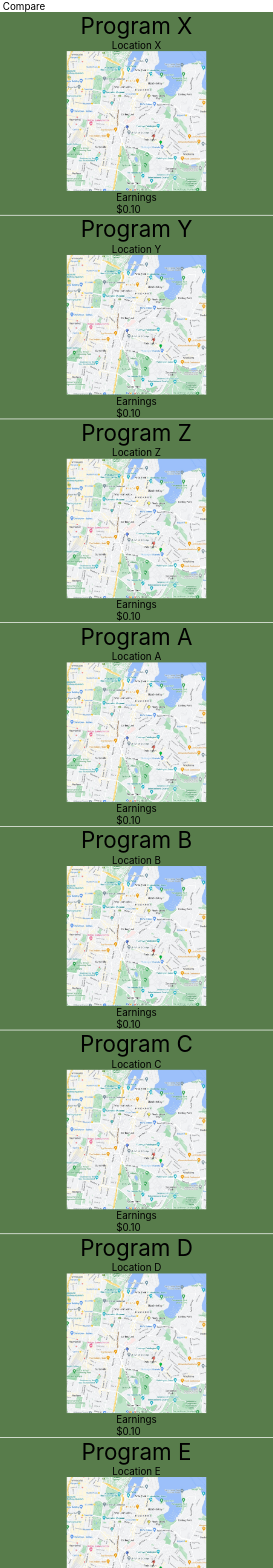
Repository: ct-pham/COMP4511
Screen: / (app in comp4511/)
An editor plug-in stored every save of this project. The screen is shown before and after the next save, followed by the edit.
The pictures show rows 0 to 2240 of an output 2636 px tall, at 70% of full size.
The app was drawn by React Native's web renderer in a window 390 px wide. The project was rebuilt for these pictures with package versions that can differ from the ones it lists, and the page was loaded fresh each time. Also part of the build but not shown: comp4511/Components/Homepage.js, comp4511/Components/AllEarnings.js, comp4511/Components/ProgramEarnings.js, comp4511/Components/Register.js, comp4511/Components/Login.js.

Above is the screen before, as saved 2022-11-09 19:11:17.

### comp4511/App.js
import React, {useState} from 'react';
import { StatusBar } from 'expo-status-bar';
import { StyleSheet, Text, View } from 'react-native';
import { NavigationContainer } from '@react-navigation/native';
import { createNativeStackNavigator } from '@react-navigation/native-stack';
import Homepage from './Components/Homepage';
import AllEarnings from './Components/AllEarnings';
import ProgramEarnings from './Components/ProgramEarnings';
import Register from './Components/Register';
import Login from './Components/Login';
import Compare from './Components/compareProgram/Compare';

const Stack = createNativeStackNavigator();


export default function App() {
  return (
    // <NavigationContainer>
    //   <Stack.Navigator>
    //     <Stack.Screen name="Register" component={Register} />
    //     <Stack.Screen name="Login" component={Login} />
    //     <Stack.Screen name="Home" component={Homepage}/>
    //     <Stack.Screen name="AllEarnings" component={AllEarnings}/>
    //     <Stack.Screen name="ProgramEarnings" component={ProgramEarnings}/>
    //   </Stack.Navigator>
    // </NavigationContainer>
    <Compare/>
  );
}

### comp4511/Components/compareProgram/Compare.js
import {
    StyleSheet,
    Text,
    SafeAreaView,
    statusBar,
    FlatList,
} from 'react-native';
import Items from './Items';

import ProgramDetails from './ProgramDetails';

export default function Compare() {
    return (
        <SafeAreaView style={styles.container}>
            <Text> Compare</Text>
            <FlatList
                data = {ProgramDetails}
                renderItem={({ item }) => <Items item = {item} />}
                showsVerticalScrollIndicator

            />
        </SafeAreaView>
    );
}

const styles = StyleSheet.create({

});

### comp4511/Components/compareProgram/Items.js
import {
    View,
    Text,
    StyleSheet,
    Image,
    useWindowDimensions,
    TouchableOpacity,
    StatusBar,
} from 'react-native';
import { useState } from 'react';


export default function Items ({item}) {

    const { width } = useWindowDimensions();
    return (
        <View style={ styles.container}>

            <View style = {[styles.programContainer, {width}]}>
                <Text style = {styles.title}>{item.title}</Text>
                <Text style = {styles.location}>{item.location}</Text>

                <Image
                    source = {item.image}
                    style = {styles.image}
                />
                <View>
                    <Text style = {styles.Earnings}>{item.Earning}</Text>
                    <Text style = {styles.Total}>{item.Total}</Text>

                </View>
            </View>

        </View>
    )
}

const styles = StyleSheet.create({
    container: {
        flex: 1,
        marginTop: StatusBar.currentHeight || 0,


      },
    item: {
        padding: 20,
        marginVertical: 8,
        marginHorizontal: 16,
      },
    title: {
        fontSize: 32,
      },
    programContainer: {
        backgroundColor: '#587C4B',
        alignItems: 'center',
        marginBottom: 1,
    },
    image: {
        width: 200,
        height: 200,
    }

});

### comp4511/Components/compareProgram/ProgramDetails.js
export default [
    {
        id: '1',
        title: 'Program X',
        location: 'Location X',
        Earning: 'Earnings',
        Total: '$0.10',
        image: require('./map.jpg'),

    },
    {
        id: '2',
        title: 'Program Y',
        location: 'Location Y',
        Earning: 'Earnings',
        Total: '$0.10',
        image: require('./map.jpg'),

    },
    {
        id: '3',
        title: 'Program Z',
        location: 'Location Z',
        Earning: 'Earnings',
        Total: '$0.10',
        image: require('./map.jpg'),

    },
    {
        id: '4',
        title: 'Program A',
        location: 'Location A',
        Earning: 'Earnings',
        Total: '$0.10',
        image: require('./map.jpg'),

    },
    {
        id: '5',
        title: 'Program B',
        location: 'Location B',
        Earning: 'Earnings',
        Total: '$0.10',

        image: require('./map.jpg'),
    },
    {
        id: '6',
        title: 'Program C',
        location: 'Location C',
        Earning: 'Earnings',
        Total: '$0.10',
        image: require('./map.jpg'),
    },
    {
        id: '7',
        title: 'Program D',
        location: 'Location D',
        Earning: 'Earnings',
        Total: '$0.10',
        image: require('./map.jpg'),
    },
    {
        id: '8',
        title: 'Program E',
        location: 'Location E',
        Earning: 'Earnings',
        Total: '$0.10',
        image: require('./map.jpg'),
    },
    {
        id: '9',
        title: 'Program F',
        location: 'Location F',
        Earning: 'Earnings',
        Total: '$0.10',
        image: require('./map.jpg'),
    },


]

After the next save:
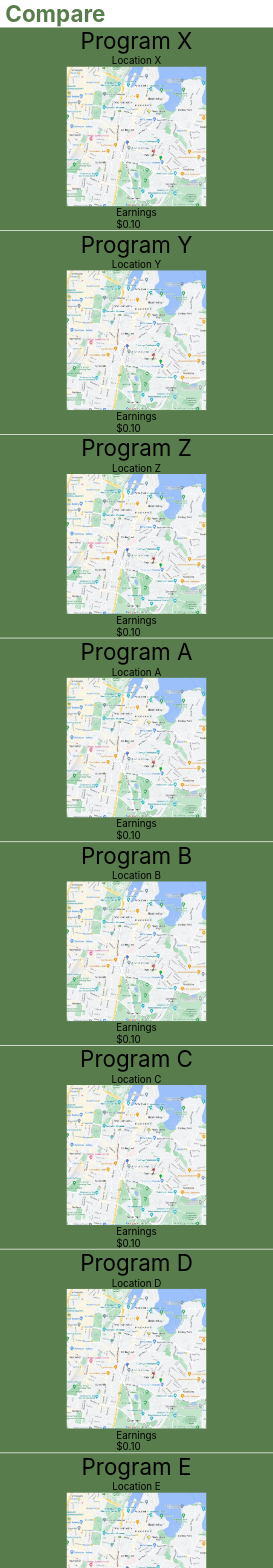
Saved 6 min 43 s later.
--- a/comp4511/Components/compareProgram/Compare.js
+++ b/comp4511/Components/compareProgram/Compare.js
@@ -12,7 +12,7 @@ import ProgramDetails from './ProgramDetails';
 export default function Compare() {
     return (
         <SafeAreaView style={styles.container}>
-            <Text> Compare</Text>
+            <Text style = {styles.title}> Compare</Text>
             <FlatList
                 data = {ProgramDetails}
                 renderItem={({ item }) => <Items item = {item} />}
@@ -24,5 +24,9 @@ export default function Compare() {
 }
 
 const styles = StyleSheet.create({
-
+    title: {
+        fontSize: 32,
+        color: '#587C4B',
+        fontWeight: 'bold',
+    }
 });
